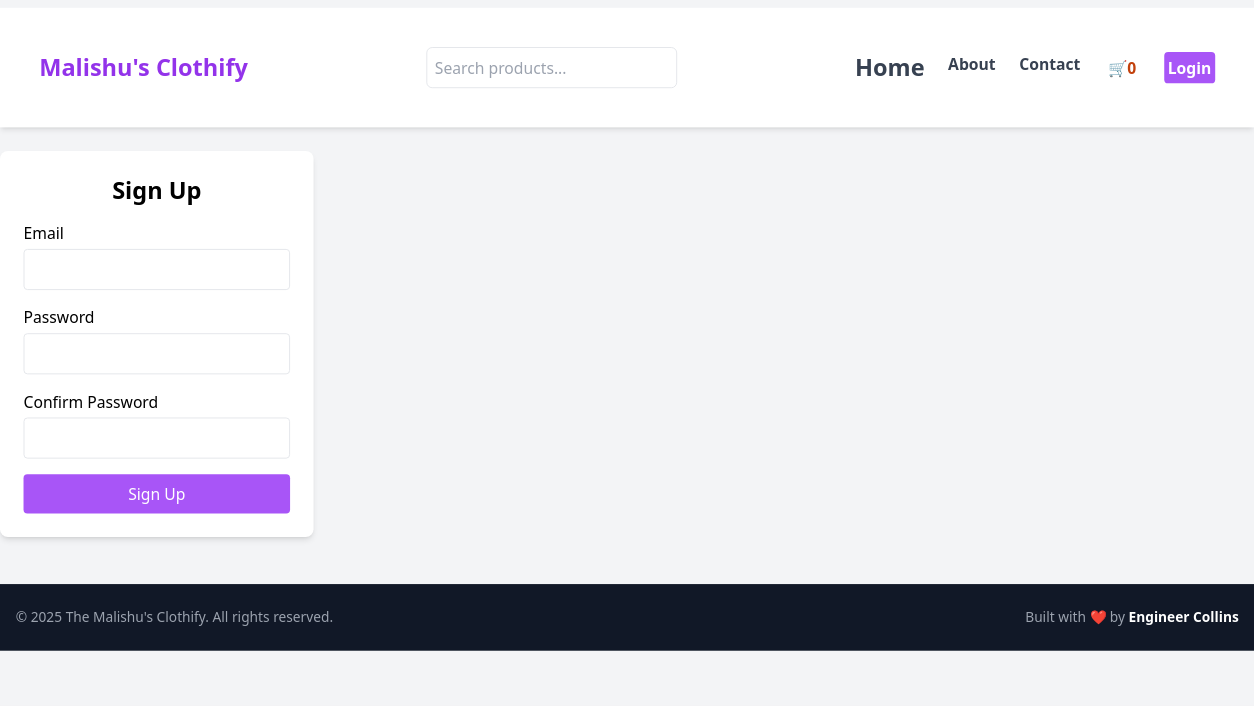
Repository: Engineer-collo/Modern-Ecommerce-Application
Page: /signup
These files come from the project's save history. The page is drawn as it stood at one moment and after the next save; the edit follows.
The browser window is 1280 px wide. The pictures show the whole page, at 98% of full size.
The project was rebuilt for these pictures with package versions that can differ from the ones it lists, and the page was loaded fresh each time. Also part of the build but not shown: vite.config.js, src/components/LoginForm.jsx, src/components/ProductCard.jsx, src/components/ProductFeed.jsx, src/components/Contact.jsx, src/components/About.jsx, src/components/Cart.jsx.

Above is the page before, as saved 2025-05-23 15:39:28.

After the next save:
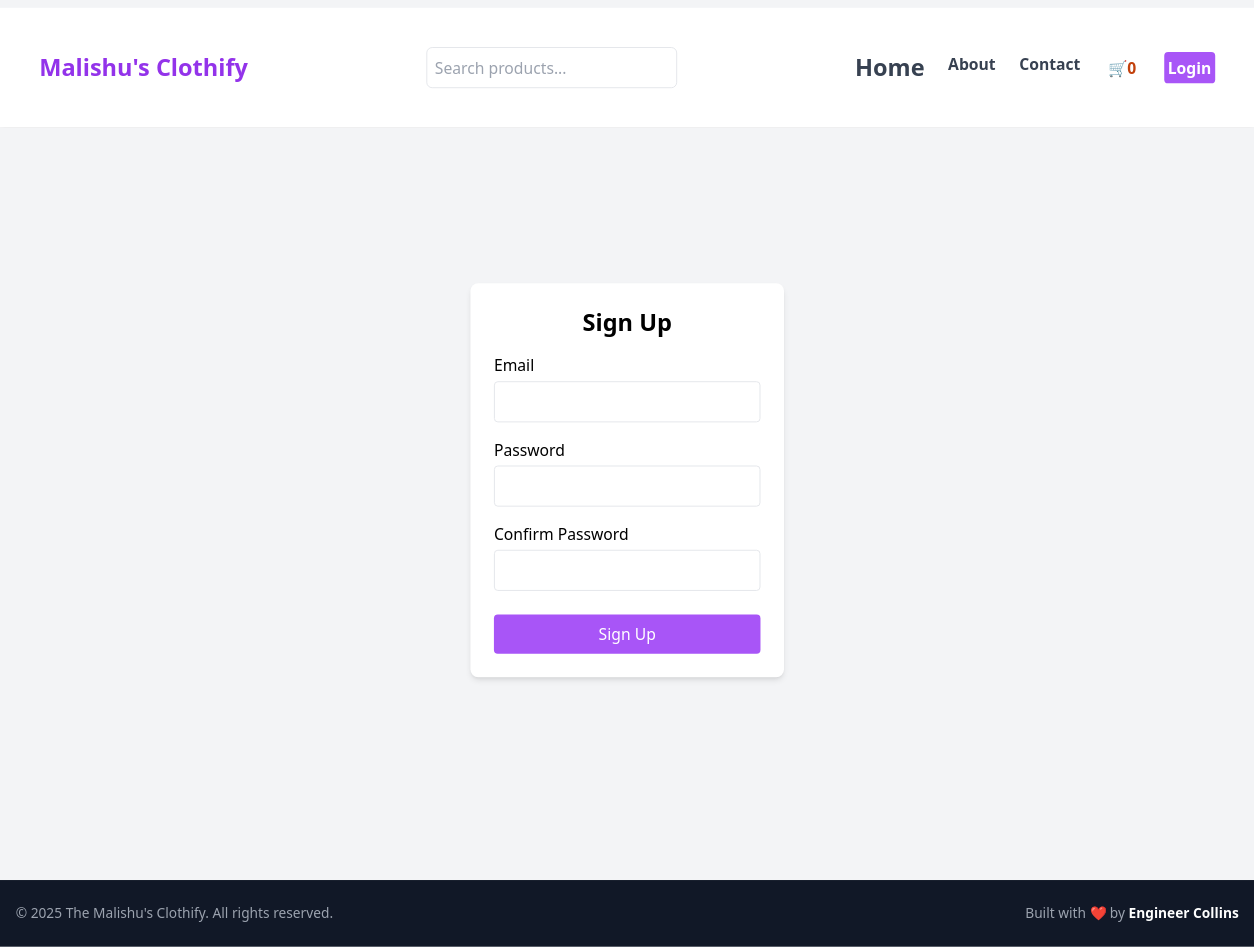
Saved 65 s later.
--- a/src/components/SignupForm.jsx
+++ b/src/components/SignupForm.jsx
@@ -3,43 +3,48 @@ import * as Yup from 'yup';
 
 function SignupForm() {
   return (
-    <>
+    <div className="min-h-screen flex items-center justify-center bg-gray-100">
+      <Formik
+        initialValues={{ email: '', password: '', confirmPassword: '' }}
+        validationSchema={Yup.object({
+          email: Yup.string().email('Invalid email').required('Required'),
+          password: Yup.string().min(6, 'Must be at least 6 characters').required('Required'),
+          confirmPassword: Yup.string()
+            .oneOf([Yup.ref('password'), null], 'Passwords must match')
+            .required('Required')
+        })}
+        onSubmit={(values) => {
+          console.log(values);
+        }}
+      >
+        <Form className="bg-white p-6 rounded-lg shadow-md w-80">
+          <h2 className="text-2xl font-bold mb-4 text-center">Sign Up</h2>
 
-    <Formik
-      initialValues={{ email: '', password: '', confirmPassword: '' }}
-      validationSchema={Yup.object({
-        email: Yup.string().email('Invalid email').required('Required'),
-        password: Yup.string().min(6, 'Must be at least 6 characters').required('Required'),
-        confirmPassword: Yup.string()
-          .oneOf([Yup.ref('password'), null], 'Passwords must match')
-          .required('Required')
-      })}
-      onSubmit={(values) => {
-        console.log(values);
-      }}
-    >
-      <Form className="bg-white mt-6  p-6 rounded-lg shadow-md w-80">
-        <h2 className="text-2xl font-bold mb-4 text-center">Sign Up</h2>
-        <div className="mb-4">
-          <label className="block mb-1" htmlFor="email">Email</label>
-          <Field name="email" type="email" className="w-full p-2 border rounded" />
-          <ErrorMessage name="email" component="div" className="text-red-500 text-sm" />
-        </div>
-        <div className="mb-4">
-          <label className="block mb-1" htmlFor="password">Password</label>
-          <Field name="password" type="password" className="w-full p-2 border rounded" />
-          <ErrorMessage name="password" component="div" className="text-red-500 text-sm" />
-        </div>
-        <div className="mb-4">
-          <label className="block mb-1" htmlFor="confirmPassword">Confirm Password</label>
-          <Field name="confirmPassword" type="password" className="w-full p-2 border rounded" />
-          <ErrorMessage name="confirmPassword" component="div" className="text-red-500 text-sm" />
-        </div>
-        <button type="submit" className="bg-purple-500 text-white px-4 py-2 rounded w-full">Sign Up</button>
-      </Form>
-    </Formik>
-    </>
-  )
+          <div className="mb-4">
+            <label className="block mb-1" htmlFor="email">Email</label>
+            <Field name="email" type="email" className="w-full p-2 border rounded" />
+            <ErrorMessage name="email" component="div" className="text-red-500 text-sm" />
+          </div>
+
+          <div className="mb-4">
+            <label className="block mb-1" htmlFor="password">Password</label>
+            <Field name="password" type="password" className="w-full p-2 border rounded" />
+            <ErrorMessage name="password" component="div" className="text-red-500 text-sm" />
+          </div>
+
+          <div className="mb-6">
+            <label className="block mb-1" htmlFor="confirmPassword">Confirm Password</label>
+            <Field name="confirmPassword" type="password" className="w-full p-2 border rounded" />
+            <ErrorMessage name="confirmPassword" component="div" className="text-red-500 text-sm" />
+          </div>
+
+          <button type="submit" className="bg-purple-500 text-white px-4 py-2 rounded w-full hover:bg-purple-600">
+            Sign Up
+          </button>
+        </Form>
+      </Formik>
+    </div>
+  );
 }
 
-export default SignupForm
+export default SignupForm;
